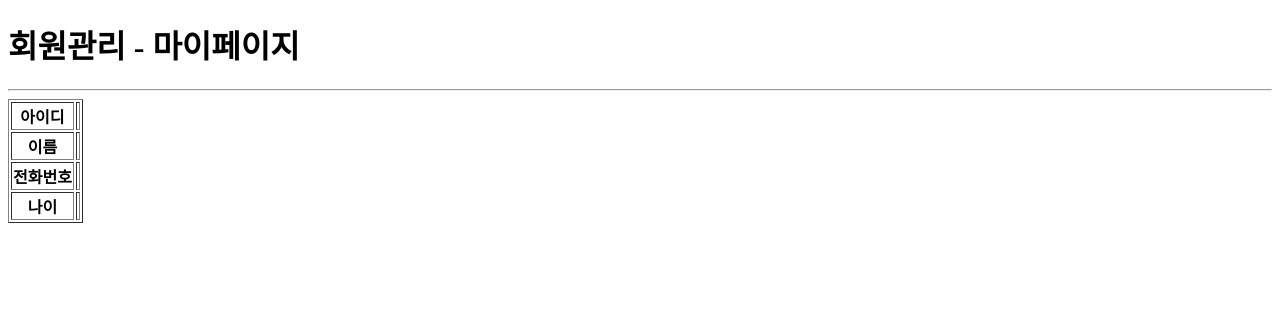
Repository: wona-owo/Spring
Page: http://localhost/00_spring/member/mypage.kh
These files come from the project's save history. The page is drawn as it stood at one moment and after the next save; the edit follows.
The browser window is 1280 px wide. The pictures show the whole page.
The page is served by Tomcat 9.

Above is the page before, as saved 2024-12-03 05:21:50.

After the next save:
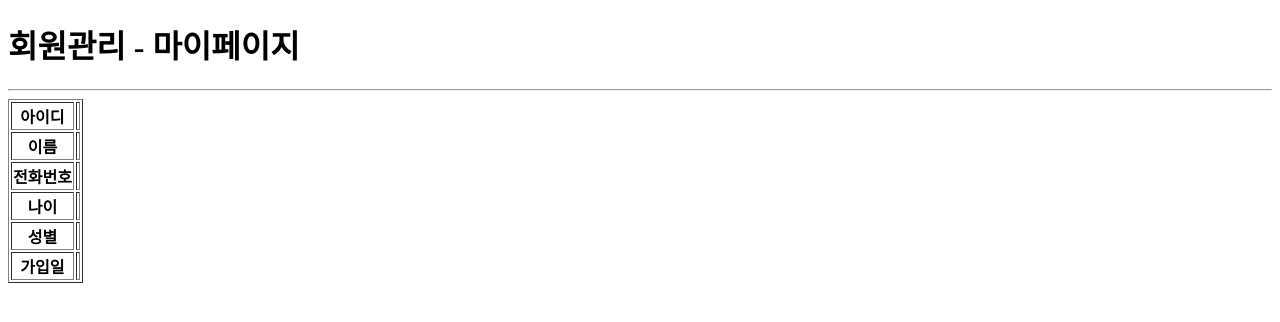
Saved 71 s later.
--- a/00_spring/src/main/webapp/WEB-INF/views/member/mypage.jsp
+++ b/00_spring/src/main/webapp/WEB-INF/views/member/mypage.jsp
@@ -28,6 +28,14 @@
 			<th>나이</th>
 			<td>${loginMember.memberAge}</td>
 		</tr>
+		<tr>
+			<th>성별</th>
+			<td>${loginMember.memberGender}</td>
+		</tr>
+		<tr>
+			<th>가입일</th>
+			<td>${loginMember.enrollDate}</td>
+		</tr>
 	</table>
 </body>
 </html>
